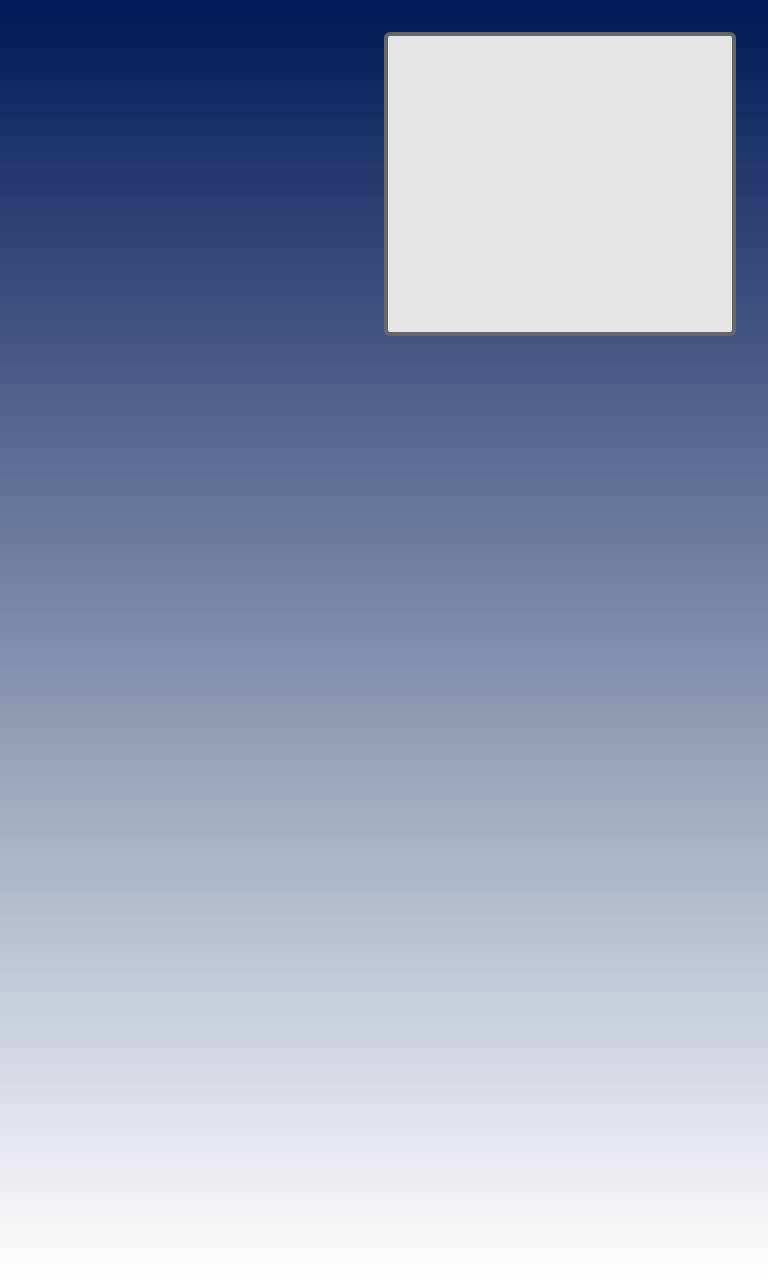
Repository: duke-compsci408-fall2014/GlassRx
Layout: AndroidRx/res/layout/activity_patient_medication.xml
An editor plug-in stored every save of this project. The layout is shown before and after the next save, followed by the edit.
It is drawn on a 768 x 1280 px phone screen (xhdpi) without system bars, with theme AppTheme; the app's code is not run. Lists and similar views that code fills are empty.

Above is the layout before, as saved 2014-12-10 16:18:58.

After the next save:
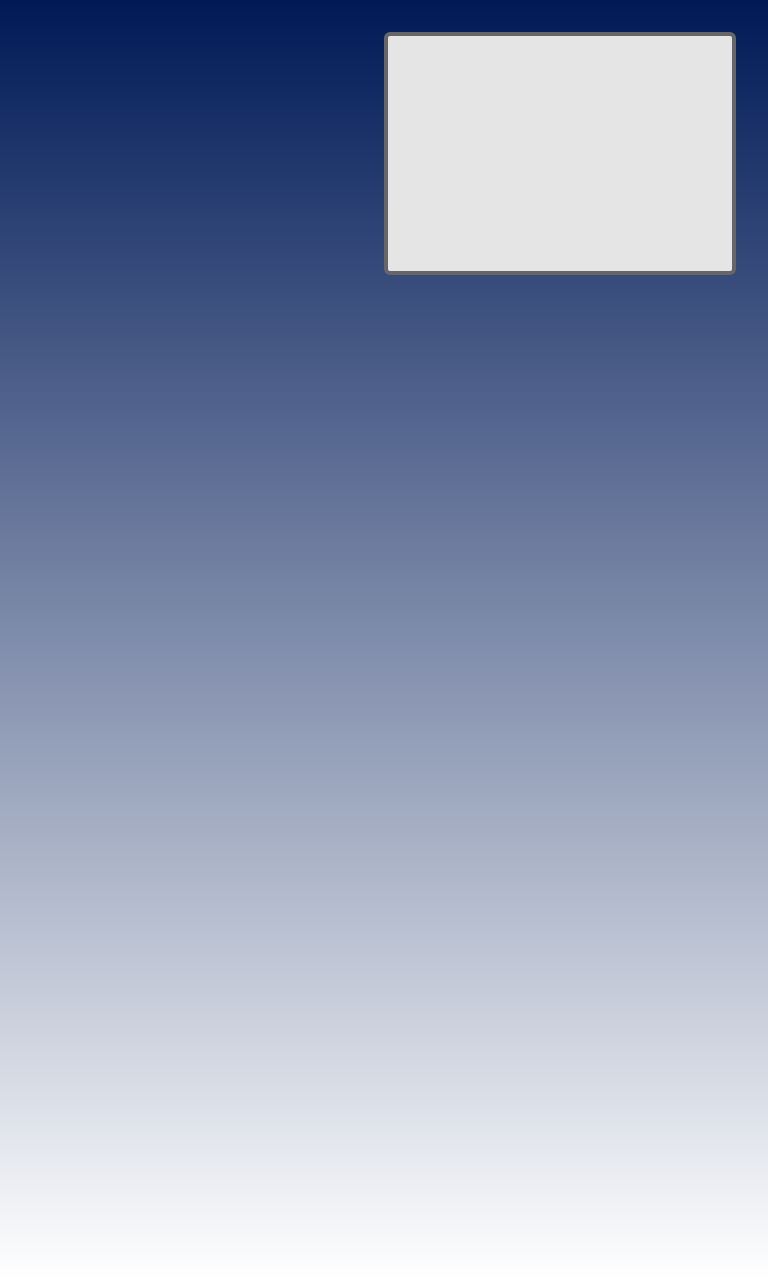
Saved 7 min 50 s later.
--- a/AndroidRx/res/layout/activity_patient_medication.xml
+++ b/AndroidRx/res/layout/activity_patient_medication.xml
@@ -6,7 +6,7 @@
     android:paddingLeft="@dimen/activity_horizontal_margin"
     android:paddingRight="@dimen/activity_horizontal_margin"
     android:paddingTop="@dimen/activity_vertical_margin"
-    android:weightSum="1"
+    android:weightSum="5"
     android:orientation="vertical"
     tools:context="com.compsci408.androidrx.patient.PatientMedicationActivity" >
 
@@ -14,7 +14,7 @@
     <LinearLayout
         android:layout_width="match_parent"
         android:layout_height="0dp"
-        android:layout_weight=".25"
+        android:layout_weight="1"
         android:weightSum="1"
         android:orientation="horizontal">
 
@@ -39,7 +39,8 @@
     <LinearLayout
         android:id="@+id/layout_event_calendar"
         android:layout_width="fill_parent"
-        android:layout_height="wrap_content"
+        android:layout_height="0dp"
+        android:layout_weight="2"
         android:layout_gravity="center_horizontal"
         android:orientation="horizontal" />
 
